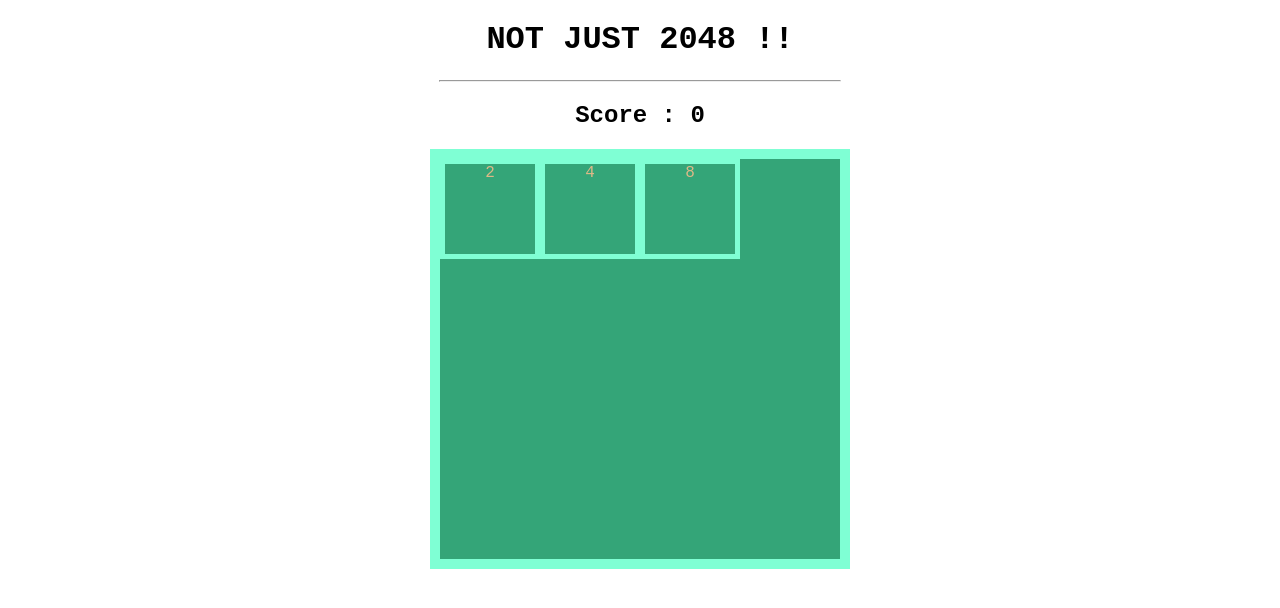
Repository: Prathamyadav1123/2048Game
Page: NotJust2048-main/2048.html
These files come from the project's save history. The page is drawn as it stood at one moment and after the next save; the edit follows.
The browser window is 1280 px wide. The pictures show the whole page.

Above is the page before, as saved 2023-05-31 19:49:48.

### NotJust2048-main/2048.html
<!DOCTYPE html>
<html>
    <head>
        <title>
            2048 game
        </title>
        <link rel= "stylesheet" href="2048.css"/>
        <script src= "2048.js"></script>
    </head>
    <body>
        <h1> NOT JUST 2048 !! </h1>
        <hr>
        <h2> Score : <span id="score"> 0 </span></h2>
        <div id="board">
            <div class="tile">2</div>
            <div class="tile">4</div>
            <div class="tile">8</div>
        </div>
    </body>
</html>

### NotJust2048-main/2048.css
body{
    font-family: 'Courier New', Courier, monospace;
    text-align: center;
}
hr{
    width: 400px;
}
#board{
    width: 400px;
    height: 400px;
    color: burlywood;
    background-color: rgb(52, 165, 120);
    border: 10px solid aquamarine;
    margin: 0 auto;
    display: flex;
    flex-wrap: wrap;
}
.tile{
    width:90px;
    height:90px;
    border:5px solid aquamarine;
    font-size: ;

}

Loaded but not shown: NotJust2048-main/2048.js (no copy from this time; the picture is the same without it)

After the next save:
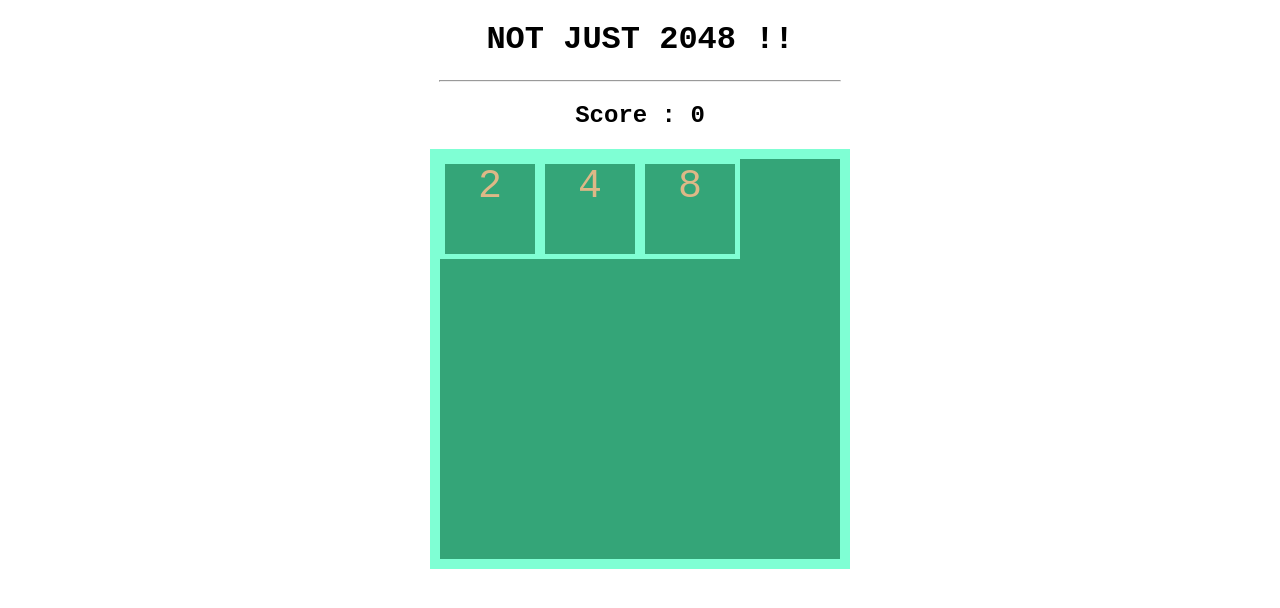
Saved 4 s later.
--- a/NotJust2048-main/2048.css
+++ b/NotJust2048-main/2048.css
@@ -19,6 +19,7 @@ hr{
     width:90px;
     height:90px;
     border:5px solid aquamarine;
-    font-size: ;
+    font-size: 40px;
+
 
 }
